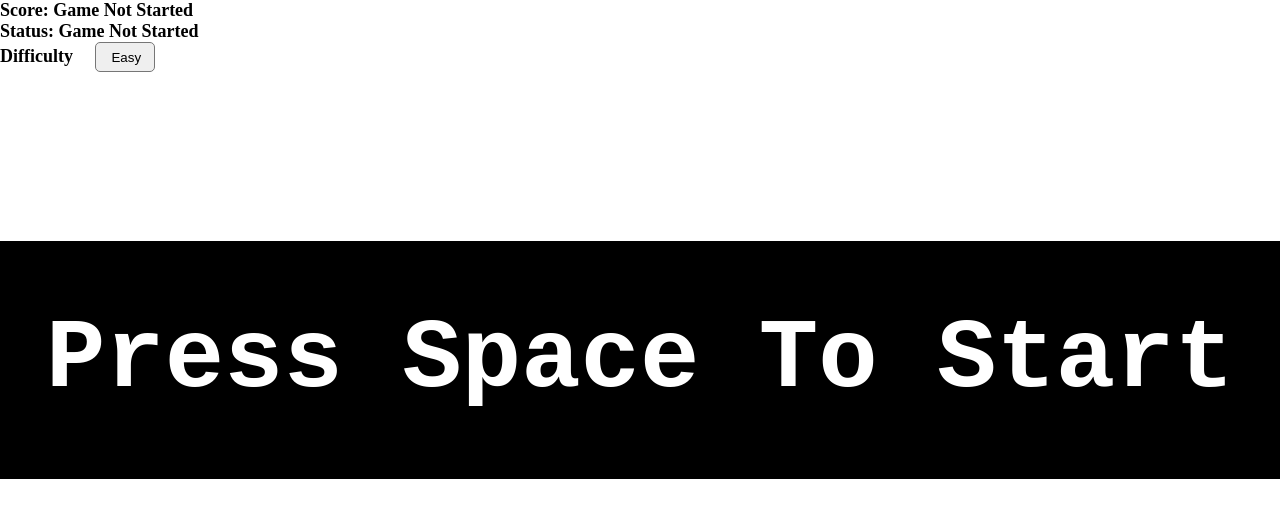
Repository: lulyany/bytedance_hw2
Page: test.html
An editor plug-in stored every save of this project. The page is shown before and after a run of saves, followed by the edit.
The browser window is 1280 px wide. The pictures show the whole page.

Above is the page before, as saved 2022-03-12 02:43:40.

### test.html
<!DOCTYPE html>
<html lang="en">

<head>
  <meta charset="UTF-8">
  <link rel="stylesheet" href="test.css">
  <!-- <style>
  </style> -->
  <title>贪吃蛇版吃奖杯小游戏</title>
</head>

<body>
  <div id="Start_game"><span data-text="" >Press Space To Start</span></div>
  <div id="score"><span>Score:</span> <strong>Game Not Started</strong></div>
  <div id="dir"><span>Status:</span> <strong>Game Not Started</strong></div>
  <div id="diff"><span>Difficulty</span>
    <select>
      <option value ="500">Easy</option>
      <option value ="300">Normal</option>
      <option value="100">Hard</option>
      <option value="50">Extremely Hard</option>
    </select>
  </div>
  <div id="map">  <!--map-->
    <div id="Snak_head"><iframe src="/src/robot.svg"></iframe></div> <!--Snak_head-->
  </div>


  <!-- <embed id="mySVG" src="/src/prize.svg" type="image/svg+xml" />  -->
  <!-- dynamic add prizes -->

  <script type="text/javascript" src="test.js"></script>
</body>

</html>

### test.css
*{
    box-sizing: border-box;
    margin:0;
    padding: 0;
  }
  html,body{
    height: 100%;
    width: 100%;
    font-size: 18px;
    font-weight: 600;
  }
  #map{
    position: absolute;
    margin:auto;
    width: 670px;
    height: 670px;
    border: 5px solid black;
    top:0;
    bottom: 0;
    left:0;
    right:0;
    visibility:hidden;
  }
  #Snak_head{
    width: 20px;
    height: 20px;
    position: absolute;
    box-shadow: 0 0 15px 1px black;
    /* background-color: red; */
  }
  iframe{
      width: 20px;
      height: 20px;
  }

  .food_span{
    background-image: "/src/prize.png";
    position: absolute;
    display: block;
    /* background-color: blue; */
    width: 20px;
    height: 20px;
  }

  /* .food_span{
    width: 20px;
    height: 20px;
  } */

  .Snak_body{
    position: absolute;
    width: 20px;
    height: 20px;
    background-color: black;
    box-shadow: 0 0 15px 1px black;
  }
  #Start_game{
    position: absolute;
    width: 100%;
    height: 33%;
    top:0;
    bottom:0;
    margin:auto;
    display: flex;
    visibility: visible;
    align-items:center;
    justify-content:space-around;
    border:1px solid black;
    font-size: 5.5rem;
    background-color: black;
    color: white;
    z-index: 9999;
    font-family: monospace;
  }
  #Start_game span{
    position: relative;
  }
  select {
    appearance:none;
    -moz-appearance:none;
    -webkit-appearance:none;
    width:60px;
    height: 30px;
    margin-left:18px;
    outline: none;
    padding-left:15px;
    border-radius: 5px;
  }
  #Start_game span:after {
    position: absolute;
    overflow: hidden;
    display: inline-block;
    vertical-align: bottom;
    animation: loading 2s -2s steps(3) infinite;
    content: attr(data-text);
  }
  @keyframes loading {
    0%{
      width: 0rem;
    }
    33%{
      width: 5rem;
    }
    100%{
      width: 10rem;
    }
  }

### test.js

let game_status         //进程ID
let status = "off"      //开始/暂停
let game_over_val = 0   //游戏状态 1：进行中  0：ganmeover
let key_status = true   //按键状态

var svgDoc = null;

addEventListener("keydown",(e)=>{  //监听按键事件
  if (e.keyCode === 32) {
      game_mode()  //执行游戏状态
  }
  if(!key_status){
    return
  }
  if (e.keyCode == 37  && game_over_val === 1) {
    if (coordinate_X.length === 1) {
      direction = "after"
    } else {
      direction = direction === "before" ? "before" : "after"
    }
    key_status = false
    if (status === "on" ) dir.children[1].textContent = direction === "before" ? "\u2192" : "\u2190"
  } else if (e.keyCode == 38  && game_over_val === 1) {
      if (coordinate_X.length === 1) {
        direction = "up"
      } else {
        direction = direction === "down" ? "down" : "up"
      }
      key_status = false
      if (status === "on") dir.children[1].textContent = direction === "down" ? "\u2193" : "\u2191"
  } else if (e.keyCode == 39  && game_over_val === 1) {
      if (coordinate_X.length === 1) {
        direction = "before"
      } else {
        direction = direction === "after" ? "after" : "before"
      }
      key_status = false
      if (status === "on") dir.children[1].textContent = direction === "after" ? "\u2190" : "\u2192"
  } else if (e.keyCode == 40  && game_over_val === 1) {
      if (coordinate_X.length === 1) {
        direction = "down"
      } else {
        direction = direction === "up" ? "up" : "down"
      }
      key_status = false
      if (status === "on") dir.children[1].textContent = direction === "up" ? "\u2191" : "\u2193"
  }
})

//执行游戏状态
function game_mode() {
  if (status === "off") {
    Start_game.style.visibility = "hidden"
    map.style.visibility = "visible"
    status = "on"
    if (game_over_val === 0) {
      init()  //初始化
      game_over_val = 1
    }
    if (!foodNode) append_food()                     //投放食物
    game_status = setInterval(move_direction, time)  //开始游戏
  } else {
      key_status = true
      Start_game.style.visibility = "visible"
      map.style.visibility = "hidden"
      status = "off"
      Start_game.children[0].textContent = "游戏暂停中"
      Start_game.children[0].dataset.text = "..."
      clearInterval(game_status)                    //暂停游戏
  }
}



let
    direction,              //前进方向
    coordinate_X,
    coordinate_Y,
    temp_X,temp_Y,          //蛇身构造坐标(交换用)
    food_coordinate = [],   //食物坐标数组
    foodNode,               //食物节点
    time




function init(){  //初始化
  score.children[1].textContent = "0"     //得分
  dir.children[1].textContent = "\u2192" //前进方向文本
  time = diff.children[1].value - 0   //游戏难度(时间间隔)
  direction = "before"                //默认前进方向
  coordinate_X = [0]                  //snak的X坐标数组[0] snak_head坐标
  coordinate_Y = [320]                //snak的Y坐标数组[0] snak_head坐标
  Snak_head.style.top = coordinate_Y[0] - 0 + "px"
  Snak_head.style.left = coordinate_X[0] + 0 + "px"
  let node = map.children
  for (let i = node.length - 1; i >= 0; i--) {
    if (node[i].className === "Snak_body") map.removeChild(node[i])
  }
}


function move_direction(){  //移动以及移动过程中的事件判断
  let last_body_X = coordinate_X[coordinate_X.length - 1],
      last_body_Y = coordinate_Y[coordinate_Y.length - 1]
      temp_X = coordinate_X[0]
      temp_Y = coordinate_Y[0]
  if (direction === "up" && coordinate_Y[0] - 20 >= 0) {
    Snak_head.style.top = coordinate_Y[0] - 20 + "px"
    coordinate_Y[0] -= 20
  } else if (direction === "down" && coordinate_Y[0] + 20 <= 640) {
      Snak_head.style.top = coordinate_Y[0] + 20 + "px"
      coordinate_Y[0] += 20
  } else if (direction === "before" && coordinate_X[0] + 20 <= 640) {
      Snak_head.style.left = coordinate_X[0] + 20 + "px"
      coordinate_X[0] += 20
  } else if (direction === "after" && coordinate_X[0] - 20 >= 0) {
      Snak_head.style.left = coordinate_X[0] - 20 + "px"
      coordinate_X[0] -= 20
  } else {
     game_over()
     return
  }
  if (coordinate_X[0] === food_coordinate[0] && coordinate_Y[0] === food_coordinate[1]) {
    score.children[1].textContent = score.children[1].textContent - 0 + 1
    food_coordinate = []
    let Snak_body = document.createElement("div")
    Snak_body.className = "Snak_head"
    Snak_body.style.left = last_body_X + "px"
    Snak_body.style.top = last_body_Y + "px"
    map.appendChild(Snak_body)
    coordinate_X.push(last_body_X)
    coordinate_Y.push(last_body_Y)
    map.removeChild(foodNode)
    append_food()
  }
  key_status = true
  snake()
  if (!game_over_judge()) {
    game_over()
  }
}


function append_food(){ //添加食物
  foodNode = document.createElement("span")
  foodNode.className = "food_span"
  let count = 0, val
  while (count != 2) {
    val = parseInt(Math.round(Math.random() * 1000) / 20) * 20
    if (val > 640) continue
    if (coordinate_X.indexOf(val) === -1) {
      if (count === 0) {
        foodNode.style.left = val + "px"
      } else {
        foodNode.style.top = val + "px"
      }
      food_coordinate.push(val)
      count++
    }
  }
  map.appendChild(foodNode)
}

function snake(){     //重构蛇身
  let snak = map.getElementsByTagName("div")
  for (let i = snak.length - 1; i >= 1; i--) {
    if (i === 1) {
      snak[1].style.left = temp_X + "px"
      snak[1].style.top = temp_Y + "px"
      coordinate_X[1] = temp_X
      coordinate_Y[1] = temp_Y
      break
    }
    snak[i].style.left = coordinate_X[i - 1] + "px"
    snak[i].style.top = coordinate_Y[i - 1] + "px"
    coordinate_X[i] = coordinate_X[i - 1]
    coordinate_Y[i] = coordinate_Y[i - 1]
  }
}


function game_over_judge() {    //游戏结束判断
  let judge_X = coordinate_X.slice(1),judge_Y = coordinate_Y.slice(1)
  for (let i = 0; i < judge_X.length; i++) {
    if (judge_X[i] === coordinate_X[0]) {
      if (judge_Y[i] === coordinate_Y[0]) return false
    }
  }
  return true
}

function game_over(){   //游戏结束
  Start_game.style.visibility = "visible"
  map.style.visibility = "hidden"
  status = "off"
  key_status = true
  game_over_val = 0
  Start_game.children[0].textContent = "Game over ！！！"
  Start_game.children[0].dataset.text = ""
  clearInterval(game_status)
}

After the next 2 saves:
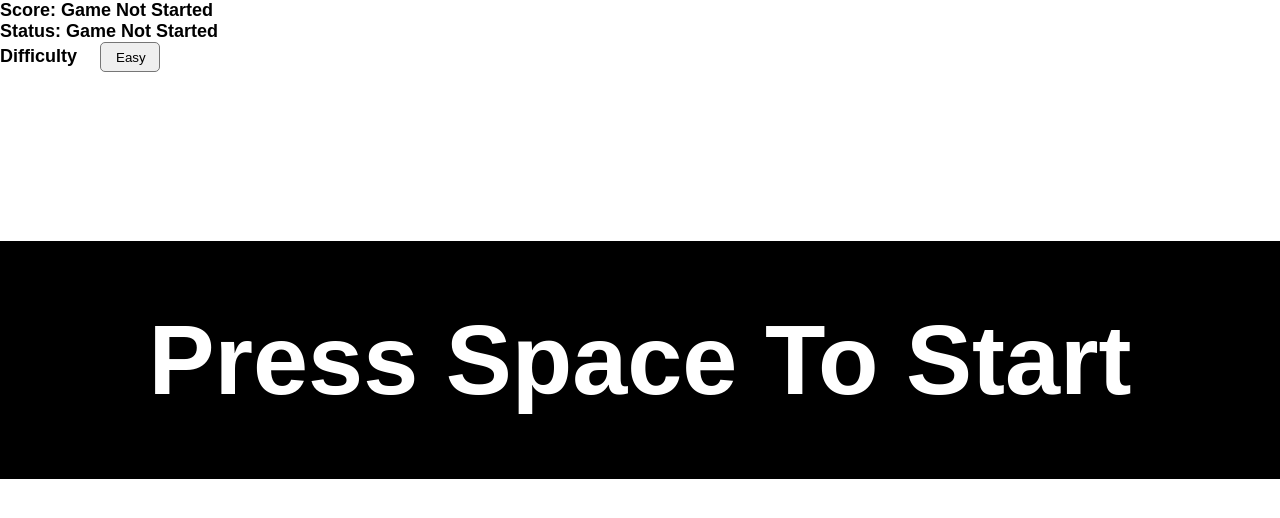
The 2 saves are shown as one change because they came seconds apart.
The last was saved 37 s later.
--- a/test.css
+++ b/test.css
@@ -2,6 +2,7 @@
     box-sizing: border-box;
     margin:0;
     padding: 0;
+    font-family: sans-serif;
   }
   html,body{
     height: 100%;
